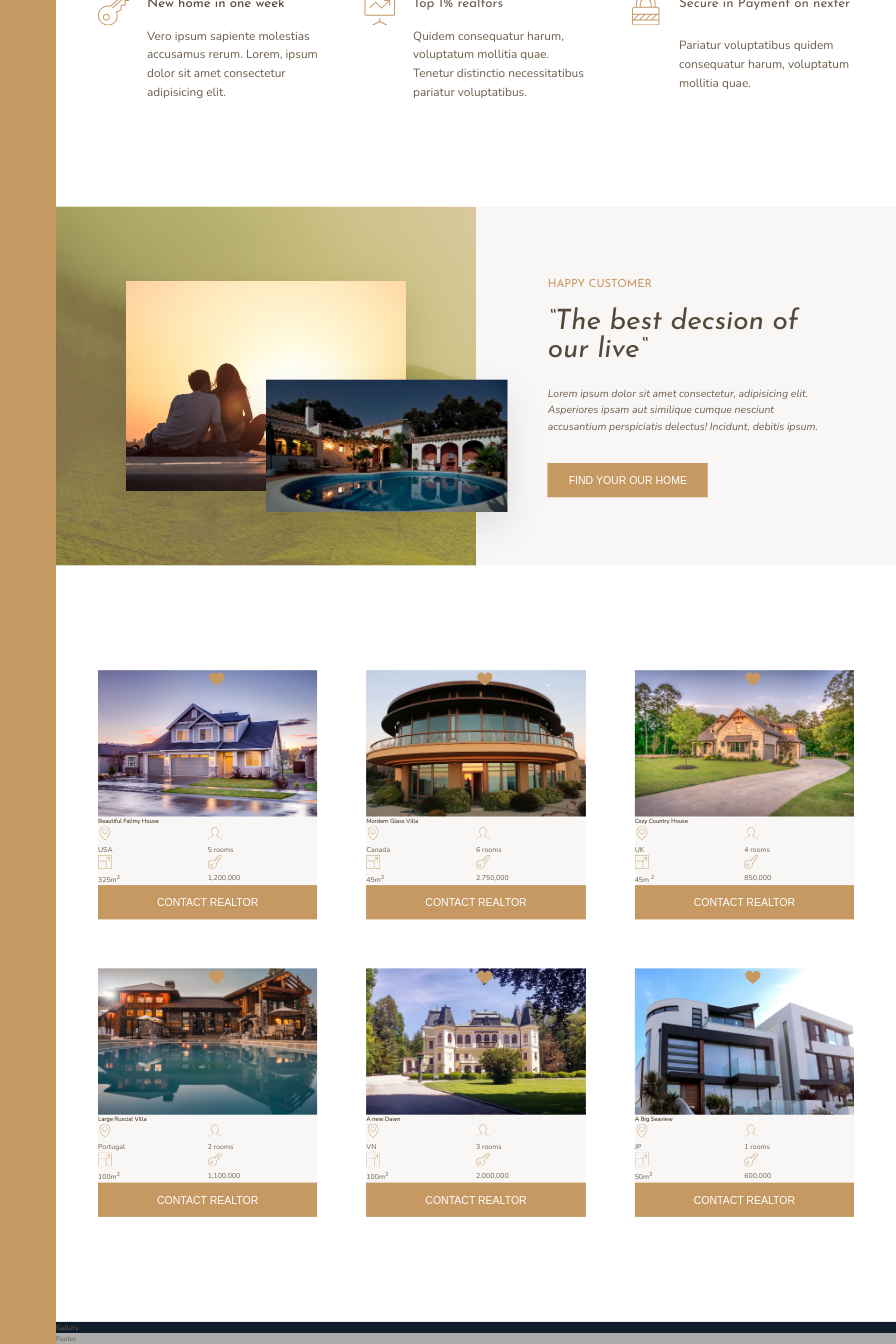
Repository: m2pd/your-home
Page: index.html
An editor plug-in stored every save of this project. The page is shown before and after the next save, followed by the edit.
The browser window is 1280 px wide. The pictures show the part of the page from y = 949 to 2869 px (the page is 2869 px tall), at 70% of full size.
The style sheet was rebuilt from its Sass, Less or Tailwind sources for each picture, by a compiler version that may differ from the author's.

Above is the page before, as saved 2020-03-05 16:08:40.

After the next save:
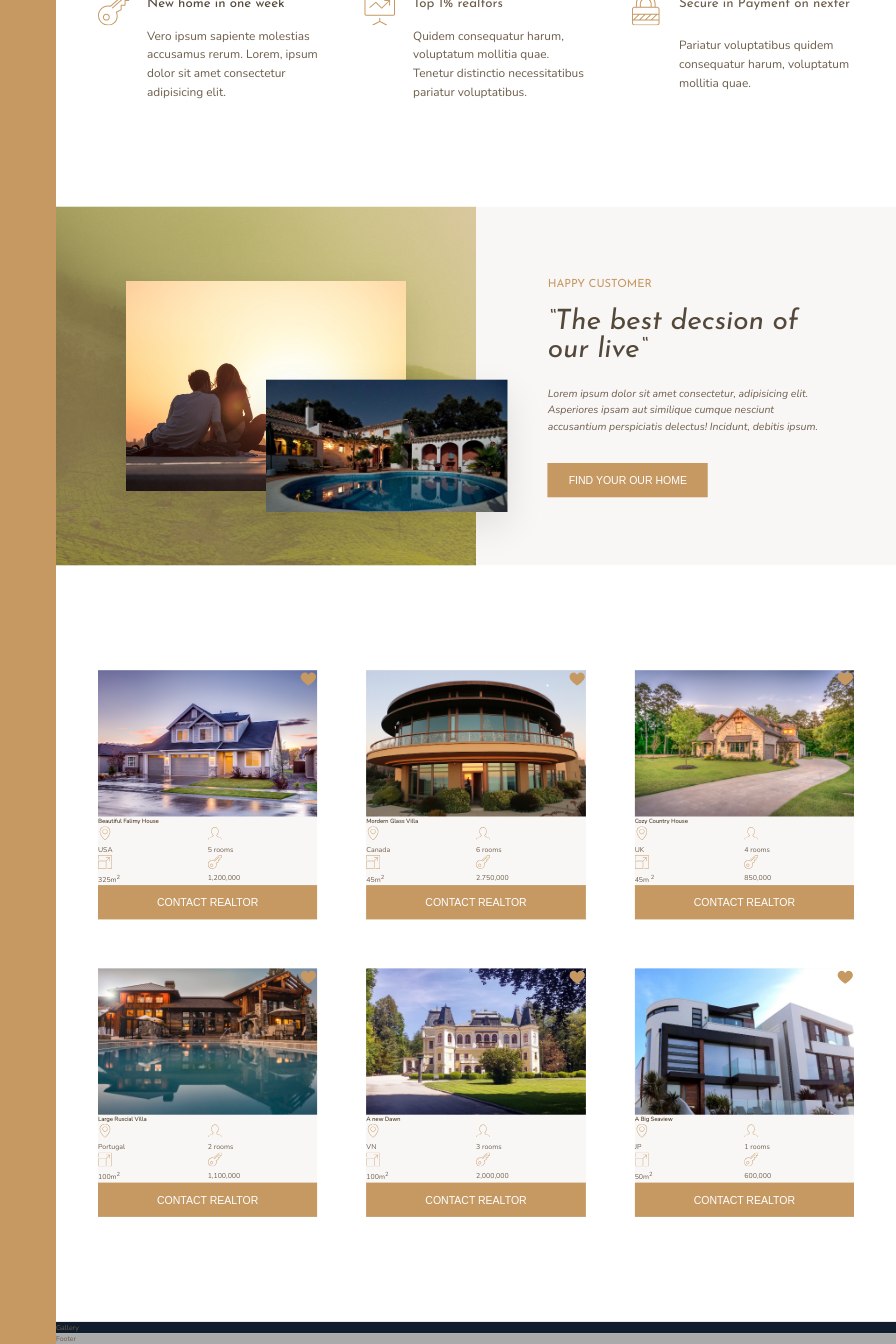
Saved 11 s later.
--- a/sass/_homes.scss
+++ b/sass/_homes.scss
@@ -17,7 +17,6 @@
         width: 100%;
         grid-row: 1/ 2;
         grid-column: 1/ -1;
-        justify-self: end;
     }
 
     &__like{
@@ -26,6 +25,7 @@
         fill: $color-primary;
         width: 2.5rem;
         height: 2.5rem;
+        justify-self: end;
 
     }
 
